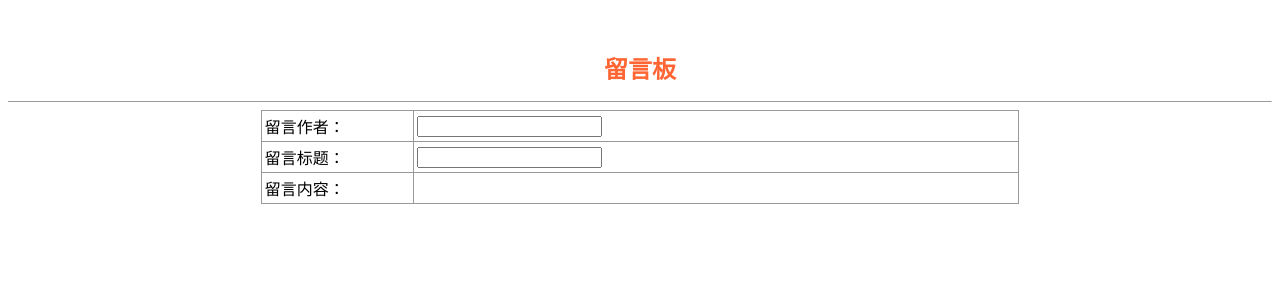
Repository: frankstar007/java
Page: http://localhost/CommentBoard/comment1.jsp
These files come from the project's save history. The page is drawn as it stood at one moment and after a run of saves; the edit follows.
The browser window is 1280 px wide. The pictures show the whole page.
The page is served by Tomcat 9. Other server files are loaded and not shown.

Above is the page before, as saved 2016-05-12 09:00:11.

### CommentBoard/WebContent/comment1.jsp
<%@ page language="java" contentType="text/html; charset=UTF-8"
    pageEncoding="UTF-8"%>
    <%
    	String temp = new String();
    	temp = (String) application.getAttribute("num");
    	if (temp == null) {
    		application.setAttribute("num", "0");
    	}
    %>
<!DOCTYPE html PUBLIC "-//W3C//DTD HTML 4.01 Transitional//EN" "http://www.w3.org/TR/html4/loose.dtd">
<html>
<head>
<meta http-equiv="Content-Type" content="text/html; charset=UTF-8">
<title>留言板</title>
</head>
<body bgcolor="#FFFFFF" text="#000000">
<p>&nbsp;</p>
<p align="center">
<b><font size="5" color="#FF6633">留言板</font></b></p>
<hr size="1">
	<form name="form1" method="post" action="comment2.jsp">
		<table width="60%" border="0" cellspacing="1" cellpadding="3"
			align="center" bgcolor="#999999">
			<tr bgcolor="#FFFFFF">
				<td width="20%">留言作者：</td>
				<td width="80%">
					<input type="text" name="txtaut">
				</td>
			</tr>
			<tr bgcolor="#FFFFFF">
				<td width="20%">留言标题：</td>
				<td width="80%">
					<input type="text" name="txttit">
				</td>
			</tr>
			<tr bgcolor="#FFFFFF">
				<td width="20%">留言内容：</td>
				<td width="80%">&nbsp;</td>
			</tr>
		</table>

	</form>

</body>
</html>

After the next 2 saves:
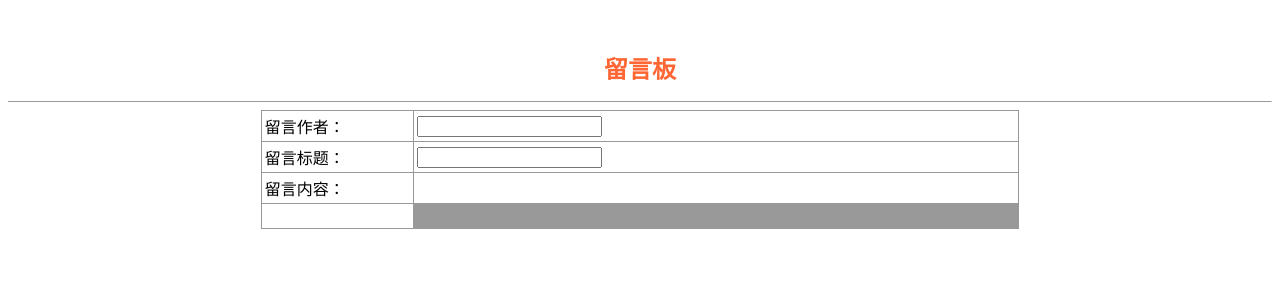
The 2 saves are shown as one change because they came seconds apart.
The last was saved 71 s later.
--- a/CommentBoard/WebContent/comment1.jsp
+++ b/CommentBoard/WebContent/comment1.jsp
@@ -37,6 +37,8 @@
 				<td width="20%">留言内容：</td>
 				<td width="80%">&nbsp;</td>
 			</tr>
+			<tr bgcolor="#FFFFFF">
+				<td width="20%">&nbsp;</td>
 		</table>
 
 	</form>
